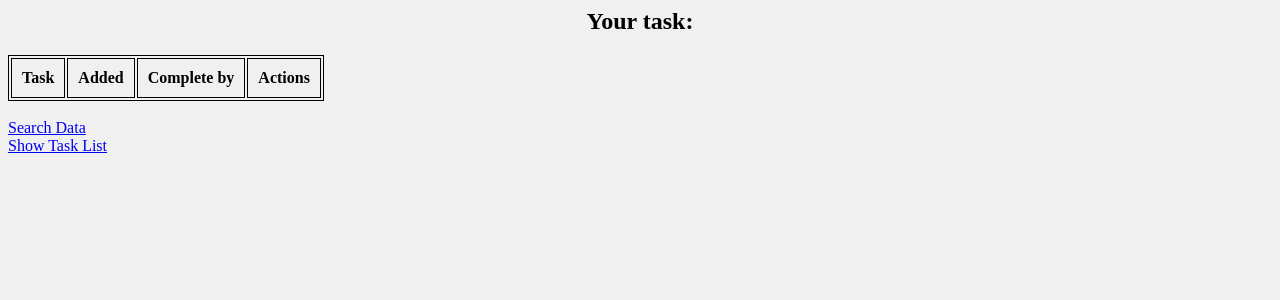
Repository: huappy/Tech-Exercise
Page: http://localhost/Tech_Exercise_Hausman/TaskDisplay
An editor plug-in stored every save of this project. The page is shown before and after the next save, followed by the edit.
The browser window is 1280 px wide. The pictures show the whole page.
The page is served by Tomcat 9. Other server files are loaded and not shown. Queries for data that is not in the repository find no rows.

Above is the page before, as saved 2023-03-23 06:40:11.

### workspace4830-Tech_Exercise-Hausman/Tech_Exercise_Hausman/src/main/webapp/WEB-INF/config.properties
url=jdbc:mysql://ec2-3-136-157-109.us-east-2.compute.amazonaws.com:3306/tech_exercise?useSSL=false
user= Hap
password= CJoy410

### workspace4830-Tech_Exercise-Hausman/Tech_Exercise_Hausman/src/main/java/TaskDisplay.java
import java.sql.SQLException;
import java.io.IOException;
import java.io.PrintWriter;
import java.sql.Connection;
import java.sql.PreparedStatement;
import java.sql.ResultSet;


import javax.servlet.ServletException;
import javax.servlet.annotation.WebServlet;
import javax.servlet.http.HttpServlet;
import javax.servlet.http.HttpServletRequest;
import javax.servlet.http.HttpServletResponse;


@WebServlet("/TaskDisplay")
public class TaskDisplay extends HttpServlet {
	private static final long serialVersionUID = 1L;

	public TaskDisplay() {
		super();
	}

	protected void doGet(HttpServletRequest request, HttpServletResponse response) throws ServletException, IOException {
		Connection connection = null;
			//Set connection and attempt to create table
			TaskDatabaseConnection.getConnection(getServletContext());
			connection = TaskDatabaseConnection.connection;

			// Set response content type
			response.setContentType("text/html");
			PrintWriter out = response.getWriter();
			String title = "Your task:";

			String docType = "<!doctype html public \"-//w3c//dtd html 4.0 " + "transitional//en\">\n";
			out.println(docType +
					"<html>" +
					"<head><title>" + title + "</title></head>\n" +
					"<style>table, th, td{\r\n"
					+ "	border: 1px solid;\r\n"+
					"color: red" +
					"div{"
					+ "text-align: center"
					+ "vertical-align: text-top"
					+ "}"
					+ "th, td{"
					+ "padding: 10px"
					+ "}</style>"+
					"<body bgcolor=\"#f0f0f0\">\n" +
					"<h2 align=\"center\">" + title + "</h2>\n" +
					"<div><table>" +
					"<tr>" +
					"<th>Task</th>" +
					"<th>Added</th>" +
					"<th>Complete by</th>" +
					"<th>Actions</th>");


			try {
				String selectSQL = "SELECT * FROM TaskList";
				// String thisUser = "user%";
				PreparedStatement preparedStatement = connection.prepareStatement(selectSQL);
				// preparedStatement.setString(1, thisUser);
				ResultSet rs = preparedStatement.executeQuery();

				//TODO: Use this as the task display. Combine this loop with the content display stuff in InserTask. Probably will have to delete the getWriter statements below
				while (rs.next()) {
					String id = rs.getString("ID");
					String task = rs.getString("TASK");
					String date = rs.getString("DATE_CREATED");
					String complete_by = rs.getString("COMPLETE_BY");
					response.getWriter().append("<tr><td>  "+ id + "  </td>");
					response.getWriter().append("<td>  " + task + "  </td>");
					response.getWriter().append("<td>  " + date + "  </td>");
					response.getWriter().append("<td>  " + complete_by + "  </td>"
							+ "</tr><br><br>");
				}
			} catch (SQLException e) {
				e.printStackTrace();
			}
			//TODO: add buttons and labels to links
			out.println("</table></div><br><a href=/Tech_Exercise_Hausman/src/main/webapp/InsertTask.html>Search Data</a> <br>");
			out.println("<a href=/Tech_Exercise_Hausman/src/main/webapp/TaskDisplay.html>Show Task List</a> <br>");
			//TODO: make update button that deletes your old taks then takes you to the insert page

			out.println("</body></html>");


	}


	protected void doPost(HttpServletRequest request, HttpServletResponse response) throws ServletException, IOException {
		doGet(request, response);
	}
}

### workspace4830-Tech_Exercise-Hausman/Tech_Exercise_Hausman/src/main/java/TaskDatabaseConnection.java
import java.sql.Connection;
import java.sql.DriverManager;

import javax.servlet.ServletContext;

public class TaskDatabaseConnection{
	//initializes connection to none
	static Connection connection = null;
	// defines the set of methods the servlet uses to make its connection
	static ServletContext servletContext;

	static void getConnection() {
		//Retrieves the connection
		System.out.println("-----------Connecting to MySQL JDBC----------------");
		try {
			Class.forName("com.mysql.jdbc.Driver");
		}
		catch (ClassNotFoundException e) {
			System.out.println("MySQL JDBC Driver not found...");
			e.printStackTrace();
			return;
		}
		//If JDBC Driver is found then we reinitialize the connection then try to make the connection
		System.out.println("MySQL JDBC Driver Found!");

		connection = null;
		try {
			//try to connect
			UtilTaskProp.loadProperty(servletContext);
			connection = DriverManager.getConnection(getURL(), getUserName(),getPassword());
		}
		catch (Exception e){
			//if it can't connect
			System.out.println("Connection Failed! Check output console");
		}
		//if the connection is made, tell the user
		if(connection != null) {
			System.out.println("Database connected!");
		}
		else {
			System.out.println("Failed to make connection!");
		}
	}

	//retrieves URL from property file
	static String getURL() {
		String url = UtilTaskProp.getProp("url");
		System.out.println("[DBG] URL: "+ url);
		return url;
	}

	//retrieves Username from property file
	static String getUserName() {
		String user = UtilTaskProp.getProp("user");
		System.out.println("[DBG] User: " + user);
		return user;
	}

	//retrieves Password from property file
	static String getPassword() {
		String password = UtilTaskProp.getProp("password");
		System.out.println("[DBG] password:" + password);
		return password;
	}

	public static void getConnection(ServletContext context) {
		servletContext = context;
		getConnection();
	}


}

### workspace4830-Tech_Exercise-Hausman/Tech_Exercise_Hausman/src/main/java/UtilTaskProp.java
import java.util.Properties;
import javax.servlet.ServletContext;
import java.io.File;
import java.io.InputStream;

public class UtilTaskProp{
	static Properties prop = new Properties();

	public static void loadProperty(ServletContext servletContext) throws Exception{
		String filePath = "/WEB-INF/config.properties";
		InputStream inputstream = servletContext.getResourceAsStream(filePath);

		System.out.println("[DBG] Loaded: " + new File(filePath).getAbsolutePath());
		prop.load(inputstream);
	}

	public static String getProp(String key) {
		return prop.getProperty(key).trim();
	}
}

After the next save:
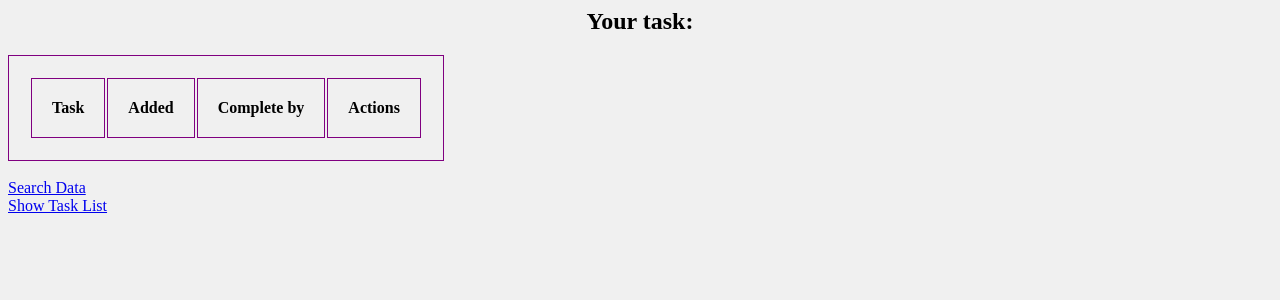
Saved 3 min 4 s later.
--- a/workspace4830-Tech_Exercise-Hausman/Tech_Exercise_Hausman/src/main/java/TaskDisplay.java
+++ b/workspace4830-Tech_Exercise-Hausman/Tech_Exercise_Hausman/src/main/java/TaskDisplay.java
@@ -37,14 +37,8 @@ public class TaskDisplay extends HttpServlet {
 					"<html>" +
 					"<head><title>" + title + "</title></head>\n" +
 					"<style>table, th, td{\r\n"
-					+ "	border: 1px solid;\r\n"+
-					"color: red" +
-					"div{"
-					+ "text-align: center"
-					+ "vertical-align: text-top"
-					+ "}"
-					+ "th, td{"
-					+ "padding: 10px"
+					+ "	border: 1px solid purple;\r\n"+
+					"padding: 20px"
 					+ "}</style>"+
 					"<body bgcolor=\"#f0f0f0\">\n" +
 					"<h2 align=\"center\">" + title + "</h2>\n" +
